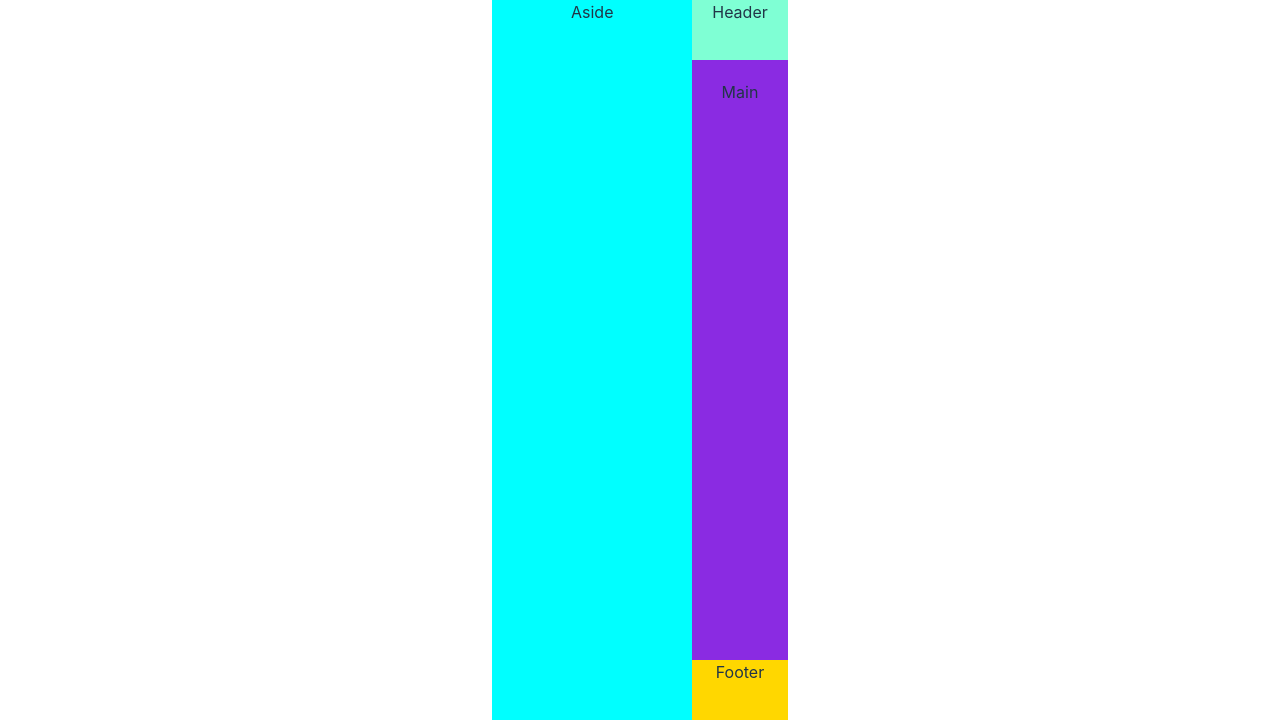
Repository: tjm3919/yuyue-book
Page: / (app in yuyue/out/production/yuyue/yuyue-ui/)
These files come from the project's save history. The page is drawn as it stood at one moment and after the next save; the edit follows.
The browser window is 1280 px wide. The pictures show the whole page.
The project was rebuilt for these pictures with package versions that can differ from the ones it lists, and the page was loaded fresh each time. Also part of the build but not shown: yuyue/out/production/yuyue/yuyue-ui/vite.config.ts.

Above is the page before, as saved 2023-02-01 12:10:28.

After the next save:
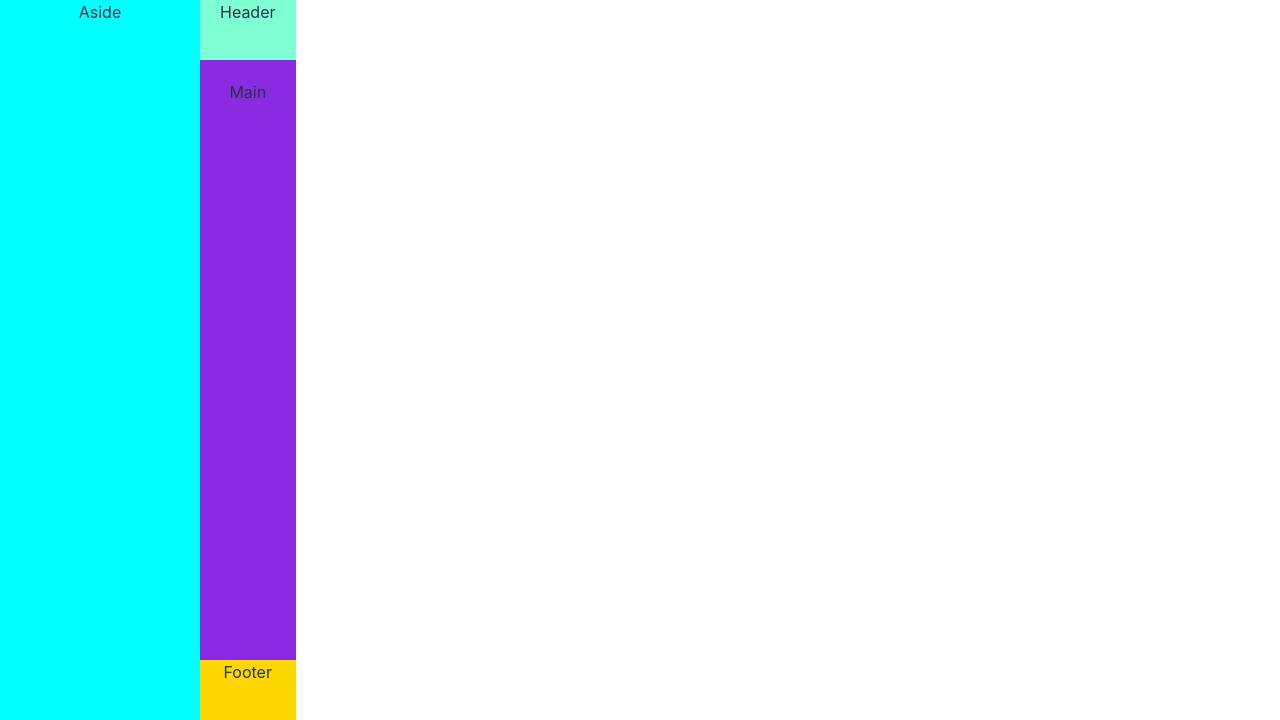
Saved 12 s later.
--- a/yuyue/out/production/yuyue/yuyue-ui/index.html
+++ b/yuyue/out/production/yuyue/yuyue-ui/index.html
@@ -13,7 +13,7 @@
 </html>
 <style>
   html,body,#app{
-    margin: 0px auto;
+    margin: 0px;
     padding: 0px;
     height: 100%;
   }

After the save that followed:
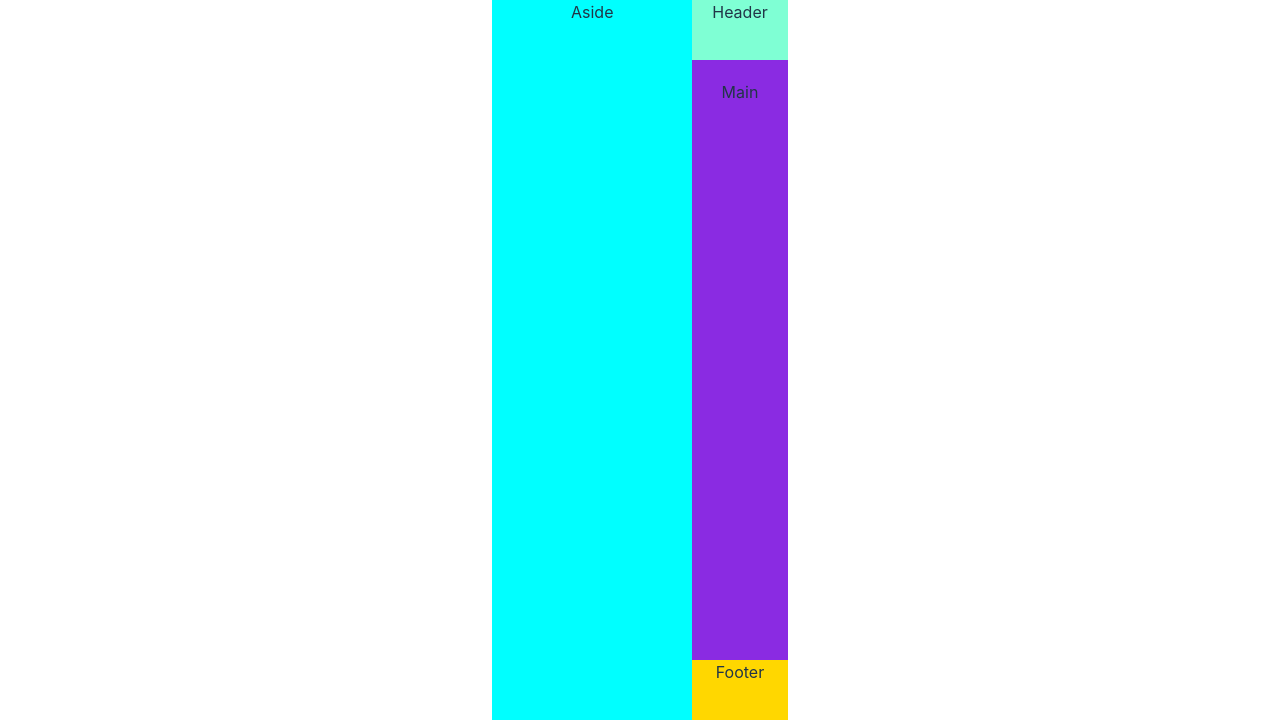
Saved 3 s later.
--- a/yuyue/out/production/yuyue/yuyue-ui/index.html
+++ b/yuyue/out/production/yuyue/yuyue-ui/index.html
@@ -13,7 +13,7 @@
 </html>
 <style>
   html,body,#app{
-    margin: 0px;
+    margin: 0px auto;
     padding: 0px;
     height: 100%;
   }
